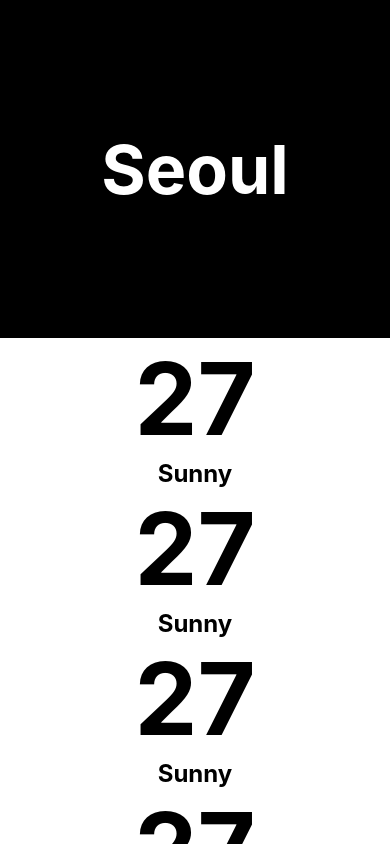
Repository: NewTurn2017/React-Native-Weather-App
Screen: /
The author's editor kept a copy of each file at every save. The screen is drawn from the files as they stood at one save, then again after a run of saves.
An inner scrolling area shows only its first screen. The app was drawn by React Native's web renderer in a window 390 px wide. The project was rebuilt for these pictures with package versions that can differ from the ones it lists, and the page was loaded fresh each time.

Above is the screen before, as saved 2023-04-21 11:00:49.

### App.js
import { StatusBar } from 'expo-status-bar'
import { View, Text, StyleSheet, ScrollView } from 'react-native'

export default function App() {
  return (
    <View style={styles.container}>
      <StatusBar style="light" />
      <View style={styles.city}>
        <Text style={styles.cityName}>Seoul</Text>
      </View>

      <View style={styles.weather}>
        <ScrollView>
          <View style={styles.day}>
            <Text style={styles.temp}>27</Text>
            <Text style={styles.description}>Sunny</Text>
          </View>
          <View style={styles.day}>
            <Text style={styles.temp}>27</Text>
            <Text style={styles.description}>Sunny</Text>
          </View>
          <View style={styles.day}>
            <Text style={styles.temp}>27</Text>
            <Text style={styles.description}>Sunny</Text>
          </View>
          <View style={styles.day}>
            <Text style={styles.temp}>27</Text>
            <Text style={styles.description}>Sunny</Text>
          </View>
          <View style={styles.day}>
            <Text style={styles.temp}>27</Text>
            <Text style={styles.description}>Sunny</Text>
          </View>
        </ScrollView>
      </View>
    </View>
  )
}
const styles = StyleSheet.create({
  container: {
    flex: 1,
    backgroundColor: 'black',
  },
  cityName: {
    color: 'white',
    fontSize: 68,
    fontWeight: 'bold',
  },
  city: {
    flex: 2,
    backgroundColor: 'black',
    alignItems: 'center',
    justifyContent: 'center',
  },
  weather: {
    flex: 3,
    backgroundColor: 'white',
    alignItems: 'center',
    justifyContent: 'center',
  },
  day: {
    justifyContent: 'space-around',
    alignItems: 'center',
    paddingHorizontal: 20,
  },
  temp: {
    color: 'black',
    fontSize: 100,
    fontWeight: 'bold',
  },
  description: {
    color: 'black',
    fontSize: 24,
    fontWeight: 'bold',
  },
})

After the next 3 saves:
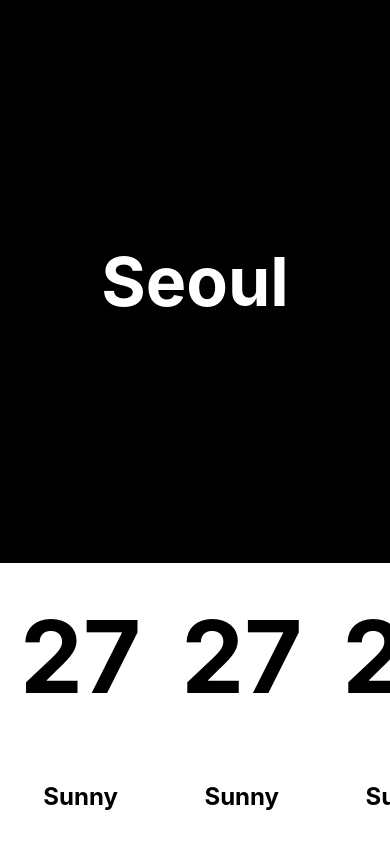
The 3 saves are shown as one change because 2 did not build or start.
The last was saved 61 s later.
--- a/App.js
+++ b/App.js
@@ -9,30 +9,28 @@ export default function App() {
         <Text style={styles.cityName}>Seoul</Text>
       </View>
 
-      <View style={styles.weather}>
-        <ScrollView>
-          <View style={styles.day}>
-            <Text style={styles.temp}>27</Text>
-            <Text style={styles.description}>Sunny</Text>
-          </View>
-          <View style={styles.day}>
-            <Text style={styles.temp}>27</Text>
-            <Text style={styles.description}>Sunny</Text>
-          </View>
-          <View style={styles.day}>
-            <Text style={styles.temp}>27</Text>
-            <Text style={styles.description}>Sunny</Text>
-          </View>
-          <View style={styles.day}>
-            <Text style={styles.temp}>27</Text>
-            <Text style={styles.description}>Sunny</Text>
-          </View>
-          <View style={styles.day}>
-            <Text style={styles.temp}>27</Text>
-            <Text style={styles.description}>Sunny</Text>
-          </View>
-        </ScrollView>
-      </View>
+      <ScrollView horizontal style={styles.weather}>
+        <View style={styles.day}>
+          <Text style={styles.temp}>27</Text>
+          <Text style={styles.description}>Sunny</Text>
+        </View>
+        <View style={styles.day}>
+          <Text style={styles.temp}>27</Text>
+          <Text style={styles.description}>Sunny</Text>
+        </View>
+        <View style={styles.day}>
+          <Text style={styles.temp}>27</Text>
+          <Text style={styles.description}>Sunny</Text>
+        </View>
+        <View style={styles.day}>
+          <Text style={styles.temp}>27</Text>
+          <Text style={styles.description}>Sunny</Text>
+        </View>
+        <View style={styles.day}>
+          <Text style={styles.temp}>27</Text>
+          <Text style={styles.description}>Sunny</Text>
+        </View>
+      </ScrollView>
     </View>
   )
 }
@@ -55,8 +53,6 @@ const styles = StyleSheet.create({
   weather: {
     flex: 3,
     backgroundColor: 'white',
-    alignItems: 'center',
-    justifyContent: 'center',
   },
   day: {
     justifyContent: 'space-around',
